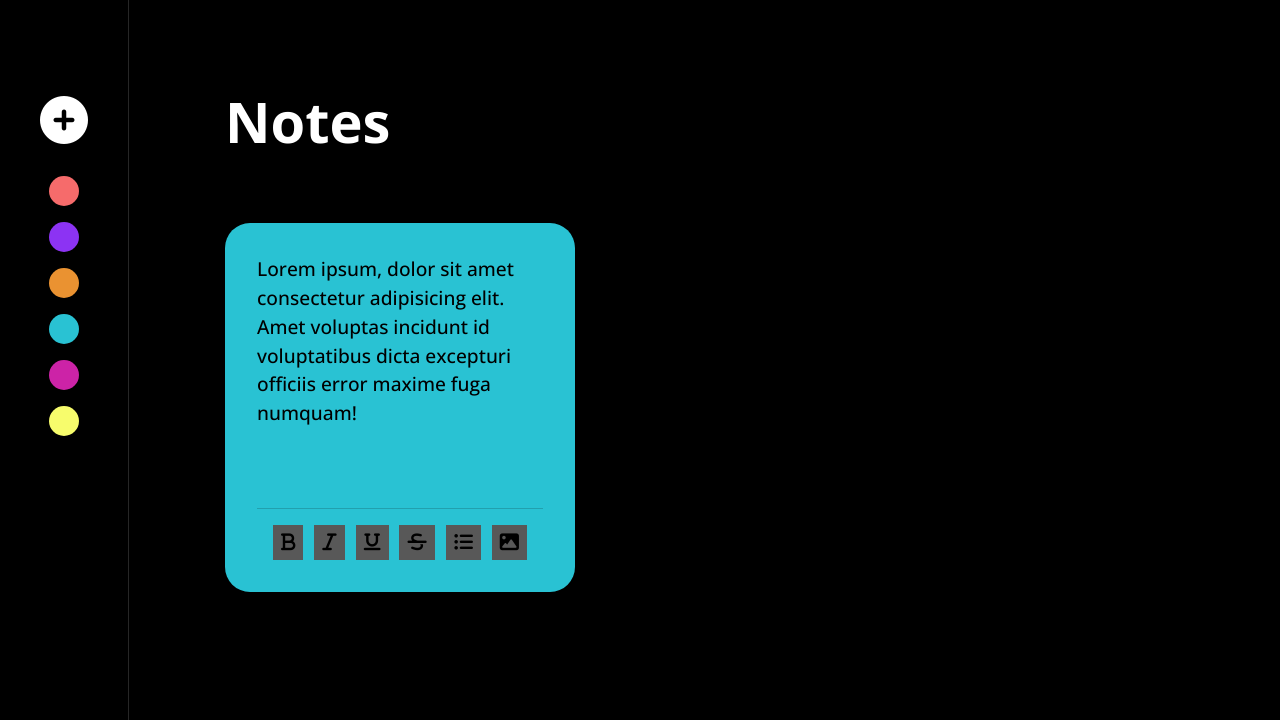
Repository: emiliaiwu/notes_app
Page: index.html
The author's editor kept a copy of each file at every save. The page is drawn from the files as they stood at one save, then again after a run of saves.
The browser window is 1280 px wide. The pictures show the whole page.
Some web libraries are served in a nearby version.

Above is the page before, as saved 2022-12-20 00:01:38.

### index.html
<!DOCTYPE html>
<html lang="en">
<head>
    <meta charset="UTF-8">
    <meta http-equiv="X-UA-Compatible" content="IE=edge">
    <meta name="viewport" content="width=device-width, initial-scale=1.0">
    <script src="https://kit.fontawesome.com/fd9c36575f.js" crossorigin="anonymous"></script>
    <link rel="stylesheet" href="style.css">
    <title>Notes App</title>
</head>
<body>
    <div class="container">
        <div class="add">
            <div class="add_card"><i class="fa-solid fa-circle-plus"></i></div>
            <ul class="card_colors">
                <li class="card_color c1"></li>
                <li class="card_color c2"></li>
                <li class="card_color c3"></li>
                <li class="card_color c4"></li>
                <li class="card_color c5"></li>
                <li class="card_color c6"></li>
            </ul>
        </div>
        <div class="cards_container">
            <h1>Notes</h1>
            <div class="cards">

                <div class="card">
                    <p class="text">
                        Lorem ipsum, dolor sit amet consectetur adipisicing elit. Amet voluptas incidunt id voluptatibus dicta excepturi officiis error maxime fuga numquam!
                    </p>
                    <div class="footer close">
                        <div class="date">Dec 18, 2022</div>
                        <div class="edit_delete">
                           <div class="edit"><i class="fa-solid fa-pen"></i></div>
                           <div class="delete"><i class="fa-solid fa-trash-can"></i></div>
                        </div>
                    </div>
                    <div class="footer open">
                        <ul class="edit_settings">
                            <li class="bold"><i class="fa-solid fa-bold"></i></li>
                            <li class="italic"><i class="fa-solid fa-italic"></i></li>
                            <li class="underline"><i class="fa-solid fa-underline"></i></li>
                            <li class="strikethrough"><i class="fa-solid fa-strikethrough"></i></li>
                            <li class="toggleBtn"><i class="fa-solid fa-list-ul"></i></li>
                            <li class="add_image"><i class="fa-solid fa-image"></i></li>
                        </ul>
                    </div>
                </div>




            </div>
        </div>




    </div>

</body>
</html>

### style.css
@import url('https://fonts.googleapis.com/css2?family=Open+Sans:wght@300;400;500;700&display=swap');


* {
    margin: 0;
    padding: 0;
    box-sizing: border-box;
    list-style-type: none;

}

body {
    font-family: 'Open Sans', sans-serif;
    width: 100vw;
    height: 100vh;
    background-color: #000;
    color: #fff;

}

h1 {
    font-size: 3.5rem;
    margin-bottom: 4rem;
    color: #fff;
}

.container {
    display: flex;
    width: 100%;
    height: 100%;
    gap: 2rem;
}

.add {
    border-right: 1px solid rgba(255, 255, 255, 0.15);
    min-height: 100vh;
    display: flex;
    flex-direction: column;
    align-items: center;
    padding: 6rem 2.5rem;

}

.card_color {
    width: 30px;
    height: 30px;
    border-radius: 50%;
    margin-bottom: 1rem;

}

.fa-circle-plus {
    font-size: 3rem;
    margin-bottom: 2rem;
}

.c1 {
    background-color: #F66B6B;
}

.c2 {
    background-color: #8C33F3;
}

.c3 {
    background-color: #EA9231;
}

.c4 {
    background-color: #29C2D3;
}

.c5 {
    background-color: #CC23A7;
}

.c6 {
    background-color: #F7FC6C;
}






/* CARDS CONTAINER */

.cards_container {
    padding: 5.2rem 4rem;
    height: 100%;
    overflow-y: scroll;
    width: 100%;
    color: #000;
}

.cards {
    display: grid;
    /* grid-template-columns: repeat(auto-fit, minmax(19rem, 1fr)); */
    grid-template-columns: repeat(3, 350px);
    gap: 2.5rem;
}

.card {
    display: flex;
    flex-direction: column;
    justify-content: space-between;
    background-color: #29C2D3;
    padding: 2rem 2rem 1rem 2rem;
    border-radius: 25px;
}

.close,
.edit_settings {
    display: flex;
    justify-content: space-between;

}

.text {
    margin-bottom: 5rem;
    font-size: 1.2rem;
    font-weight: 500;
    line-height: 1.5;
}




.edit_delete,
.edit {
    display: flex;
    align-items: center;
}

.edit_delete {
    gap: 1.2rem;
    justify-content: space-between;
}

.edit {
    background-color: #000;
    width: 35px;
    height: 35px;
    border-radius: 50%;
    color: #fff;
    justify-content: center;
}

.delete {
    font-size: 1.5rem;
}

/* .fa-trash-can {
    margin-left: 1rem;
} */






.edit_settings {
    border-top: 1px solid rgba(0, 0, 0, 0.178);;
    width: 100%;
    padding: 1rem;
    ga

}

ul li i {
    font-size: 1.2rem;
    background-color: rgb(88, 88, 88);
    padding: .5rem;
}












/* OPEN AND CLOSE FUNCTIONALITY */

.open {


}

.close {
    padding-bottom: 1rem;
    align-items: center;
    display: none;
}

After the next 2 saves:
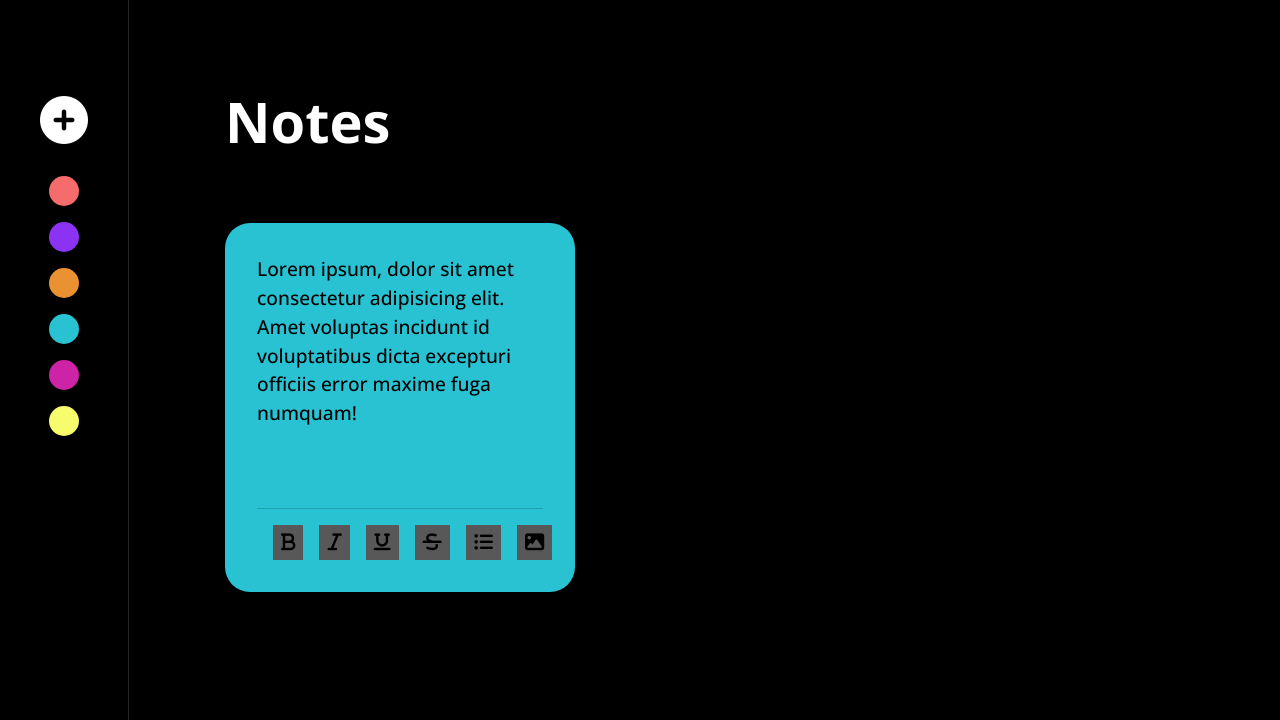
The 2 saves are shown as one change because they came seconds apart.
The last was saved 6 s later.
--- a/style.css
+++ b/style.css
@@ -163,7 +163,7 @@ h1 {
     border-top: 1px solid rgba(0, 0, 0, 0.178);;
     width: 100%;
     padding: 1rem;
-    ga
+    gap: 1rem;
 
 }
 
